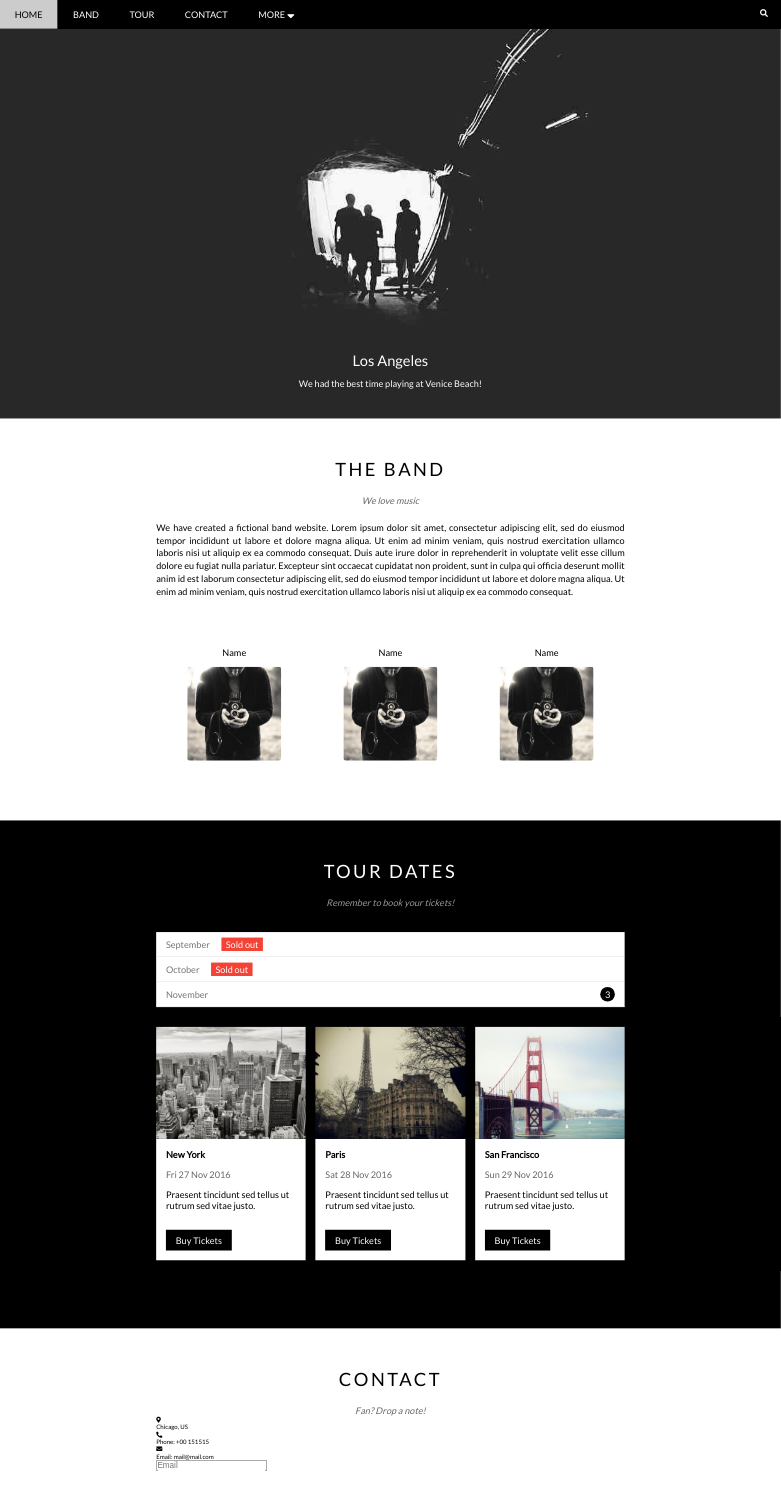
Repository: nguyenthaicong265/w3-band
Page: index.html
The author's editor kept a copy of each file at every save. The page is drawn from the files as they stood at one save, then again after the next save.
The browser window is 1280 px wide. The pictures show the whole page, at 61% of full size.

Above is the page before, as saved 2021-12-30 00:35:01.

### index.html
<!DOCTYPE html>
<html lang="en">
<head>
    <meta charset="UTF-8">
    <meta http-equiv="X-UA-Compatible" content="IE=edge">
    <meta name="viewport" content="width=device-width, initial-scale=1.0">
    <title>Document</title>
    <link rel="stylesheet" href="./assets/css/styles.css">
    <link rel="stylesheet" href="https://fonts.googleapis.com/css?family=Lato">
    <link rel="stylesheet" href="./assets/font/themify-icons-font/themify-icons/themify-icons.css">
    <link rel="stylesheet" href="./assets/font/fontawesome-free-5.15.4-web/css/all.css">
</head>
<body>
    <div id="main">
        <div id="header">
            <ul id="nav">
                <li><a href="">Home</a></li>
                <li><a href="">Band</a></li>
                <li><a href="">Tour</a></li>
                <li><a href="">Contact</a></li>
                <li>
                    <a href="#">
                        More
                        <i class="fas fa-sort-down"></i>
                    </a>
                    <ul class="subnav">
                        <li><a href="#">Merchandise</a></li>
                        <li><a href="#">Extras</a></li>
                        <li><a href="#">Media</a></li>
                    </ul>
                </li>
            </ul>
            <div class="search-button">
                <i class="fas fa-search text-white"></i>
            </div>
        </div>

        <div id="slider">
            <div class="text-content text-white">
                <h2 class="text-head">Los Angeles
                </h2>
                <div class="text-description">We had the best time playing at Venice Beach!
                </div>
            </div>
        </div>

        <div id="content">
            <!-- About-section -->
            <div class="band-section">
                <div class="content-section">
                    <h2 class="section-heading">
                    THE BAND
                    </h2>
                    <p class="section-sub-heading">
                    We love music
                    </p>
                    <p class="about-text">We have created a fictional band website. Lorem ipsum dolor sit amet, consectetur adipiscing elit, sed do eiusmod tempor incididunt ut labore et dolore magna aliqua. Ut enim ad minim veniam, quis nostrud exercitation ullamco laboris nisi ut aliquip ex ea commodo consequat. Duis aute irure dolor in reprehenderit in voluptate velit esse cillum dolore eu fugiat nulla pariatur. Excepteur sint occaecat cupidatat non proident, sunt in culpa qui officia deserunt mollit anim id est laborum consectetur adipiscing elit, sed do eiusmod tempor incididunt ut labore et dolore magna aliqua. Ut enim ad minim veniam, quis nostrud exercitation ullamco laboris nisi ut aliquip ex ea commodo consequat.
                    </p>

                    <!-- Member -->
                    <div class="members-list">
                        <div class="member-item">
                            <p class="member-name">Name</p>
                            <img src="./assets/img/band/member1.jpg" alt="Name" class="member-avatar">
                        </div>

                        <div class="member-item">
                            <p class="member-name">Name</p>
                            <img src="./assets/img/band/member1.jpg" alt="Name" class="member-avatar">
                        </div>

                        <div class="member-item">
                            <p class="member-name">Name</p>
                            <img src="./assets/img/band/member1.jpg" alt="Name" class="member-avatar">
                        </div>
                    </div>
                </div>
            </div>

            <!-- Tour-section -->
            <div class="tour-section">
                <div class="content-section">
                    <h2 class="section-heading text-white">
                    TOUR DATES
                    </h2>
                    <p class="section-sub-heading text-white">
                    Remember to book your tickets!
                    </p>

                    <!-- Tickets  -->
                    <ul class="tickets-list">
                        <li>September <span class="sold-out text-white">Sold out</span></li>
                        <li>October <span class="sold-out text-white">Sold out</span></li>
                        <li>November <span class="quantity text-white">3</span></li>
                    </ul>

                    <!-- Places -->
                    <div class="places-list">
                        <div class="places-item">
                            <img src="./assets/img/places/newyork.jpg" alt="New York" class="place-img">
                            <div class="place-body">
                                <h3 class="place-heading">
                                    New York
                                </h3>
                                <p class="place-time">
                                    Fri 27 Nov 2016
                                </p>
                                <p class="place-dsc">
                                    Praesent tincidunt sed tellus ut rutrum sed vitae justo.
                                </p>
                                <a href="#" class="place-buy-ticket">Buy Tickets</a>
                            </div>
                        </div>

                        <div class="places-item">
                            <img src="./assets/img/places/paris.jpg" alt="Paris" class="place-img">
                            <div class="place-body">
                                <h3 class="place-heading">
                                    Paris
                                </h3>
                                <p class="place-time">
                                    Sat 28 Nov 2016
                                </p>
                                <p class="place-dsc">
                                    Praesent tincidunt sed tellus ut rutrum sed vitae justo.
                                </p>
                                <a href="#" class="place-buy-ticket">Buy Tickets</a>
                            </div>
                        </div>

                        <div class="places-item">
                            <img src="./assets/img/places/sanfran.jpg" alt="San Francisco" class="place-img">
                            <div class="place-body">
                                <h3 class="place-heading">
                                    San Francisco
                                </h3>
                                <p class="place-time">
                                    Sun 29 Nov 2016
                                </p>
                                <p class="place-dsc">
                                    Praesent tincidunt sed tellus ut rutrum sed vitae justo.
                                </p>
                                <a href="#" class="place-buy-ticket">Buy Tickets</a>
                            </div>
                        </div>
                    </div>
                </div>
            </div>

            <!-- Contact-section -->
            <div class="contact-section">
                <div class="content-section">
                    <h2 class="section-heading">
                    CONTACT</h2>
                    <p class="section-sub-heading">
                    Fan? Drop a note!</p>
                    <div class="contact-information">
                        <div class="contact-location">
                            <i class="fas fa-map-marker-alt"></i>
                            <p class="location">Chicago, US</p>
                        </div>
                        <div class="contact-phone">
                            <i class="fas fa-phone-alt"></i>
                            <p class="phone">Phone: +00 151515</p>
                        </div>
                        <div class="contact-email">
                            <i class="fas fa-envelope"></i>
                            <p class="email">Email: mail@mail.com</p>
                        </div>
                    </div>
                    <div class="fill-information">
                        <form action="" class="form-information">
                            <input type="text" class="name-infor" placeholder="Email" required name="Email">
                        </form>
                    </div>
                </div>
            </div>
        </div>

        <div id="footer">

        </div>
    </div>
</body>
</html>

### assets/css/styles.css
/* Reset CSS */
* {
    padding: 0;
    margin: 0;
    box-sizing: border-box;
}

html {
    font-family: "Lato", sans-serif;
    font-size: 62.5%;
}

.text-white {
    color: #ffff !important;
}

#main {

}

#header {
    position: fixed;
    top: 0;
    left: 0;
    right: 0;
    height: 46.5px;
    background-color: #000000;
    z-index: 1;
}

#header .search-button {
    float: right;
    padding: 0 21px;
}

#header .search-button:hover {
    cursor: pointer;
    background-color: #f44336!important;
}

#header .fa-search {
    font-size: 13px;
    line-height: 46px;
}

#nav, .subnav {
    display: inline-block;
    list-style-type: none;
}

#nav > li {
    display: inline-block;
}

#nav li {
    position: relative;
}

#nav > li > a {
    color: #ffffff;
    text-transform: uppercase;
}

#nav li a {
    text-decoration: none;
    line-height: 46.5px;
    padding: 0px 24px;
    font-size: 1.5rem;
    display: block;
}

#nav .fa-sort-down {
    font-size: 20px;
}

#nav li:hover .subnav {
    display: block;

}

#nav > li:hover > a,
#nav .subnav li:hover a {
    color: #000 !important;
    background-color: #ccc !important;
}

#nav .subnav {
    display: none;
    position: absolute;
    min-width: 160px;
    top: 46.5px;
    background-color: #ffffff;
    box-shadow: 0 0 10px rgba(0, 0, 0, 0.3);
}

#nav .subnav a {
    color: #000;
    padding: 0 12px;
    line-height: 38px;
}

#slider {
    position: relative;
    margin-top: 46px;
    padding-top: 50%;
    background: url(/assets/img/slider/slider1.jpg) top center / cover no-repeat;
}

#slider .text-content {
    position: absolute;
    bottom: 48px;
    width: 100%;
    text-align: center;
}

#slider .text-head {
    font-weight: 100;
    font-size: 24px;
    margin-bottom: 10px;
}
#slider .text-description {
    font-size: 15px;
    margin-top: 15px;
}

#content {
}

#content .content-section {
    width: 800px;
    padding: 64px 16px ;
    margin-left: auto;
    margin-right: auto;
}

#content .section-heading {
    font-size: 30px;
    font-weight: 400;
    letter-spacing: 4px;
    text-align: center;
}

#content .section-sub-heading {
    font-size: 15px;
    font-style: italic;
    text-align: center;
    opacity: 0.6;
    margin-top: 25px;
}

#content .about-text {
    text-align: justify;
    font-size: 15px;
    margin-top: 25px;
    line-height: 1.4;
}

#content .members-list {
    margin-top: 48px;
    overflow: hidden;
    padding-top: 32px !important;
    padding-bottom: 32px !important;
}

#content .member-item {
    float: left;
    width: 33.333333%;
    text-align: center;
}

#content .member-name {
    font-size: 15px;


}

#content .member-avatar {
    width: 60%;
    margin-top: 15px;
    border-radius: 4px;
}

.tour-section {
    background-color: #000;
    width: 100%;
}

.tickets-list {
    background-color: #ffffff;
    margin-top: 40px;
    list-style-type: none;
}

.tickets-list li {
    font-size: 15px;
    padding: 11px 16px;
    border-bottom: 1px solid #dddd;
    color: #757575;
}

.tickets-list .sold-out {
    background-color: #f44336!important;
    padding: 2px 7px;
    margin-left: 16px;
}

.tickets-list .quantity {
    float: right;
    width: 24px;
    height: 24px;
    background-color: #000;
    border-radius: 50%;
    line-height: 24px;
    text-align: center;
    margin-top: -3px;
}

.places-list {
    margin: 32px -8px 0px;
    overflow: hidden;
    padding-bottom: 48px;
}

.places-item {
    float: left;
    width: 33.33333%;
    padding: 0 8px;

}

.place-img {
    display: block;
    width: 100%;
}

.place-img:hover {
    opacity: 0.6;
}

.place-body {
    background-color: #ffff;
    padding: 16px;
}

.place-heading {
    font-size: 15px;
    font-weight: bolder;
    margin-bottom: 15px;
}

.place-time {
    font-size: 15px;
    opacity: 0.6;
    margin-bottom: 15px;
}

.place-dsc {
    font-size: 15px;
    margin-bottom: 15px;
}

.place-buy-ticket {
    display: inline-block;
    font-size: 15px;
    color: #ffff;
    background-color: #000;
    text-decoration: none;
    padding: 8px 16px;
    margin-top: 16px;
}

.place-buy-ticket:hover {
    color: #000;
    background-color: #ccc;
}

.contact-section {
    background-color: #fff;
    width: 100%;
}

#footer {

}

Loaded but not shown: assets/font/themify-icons-font/themify-icons/themify-icons.css (common file); assets/font/fontawesome-free-5.15.4-web/css/all.css (library)

After the next save:
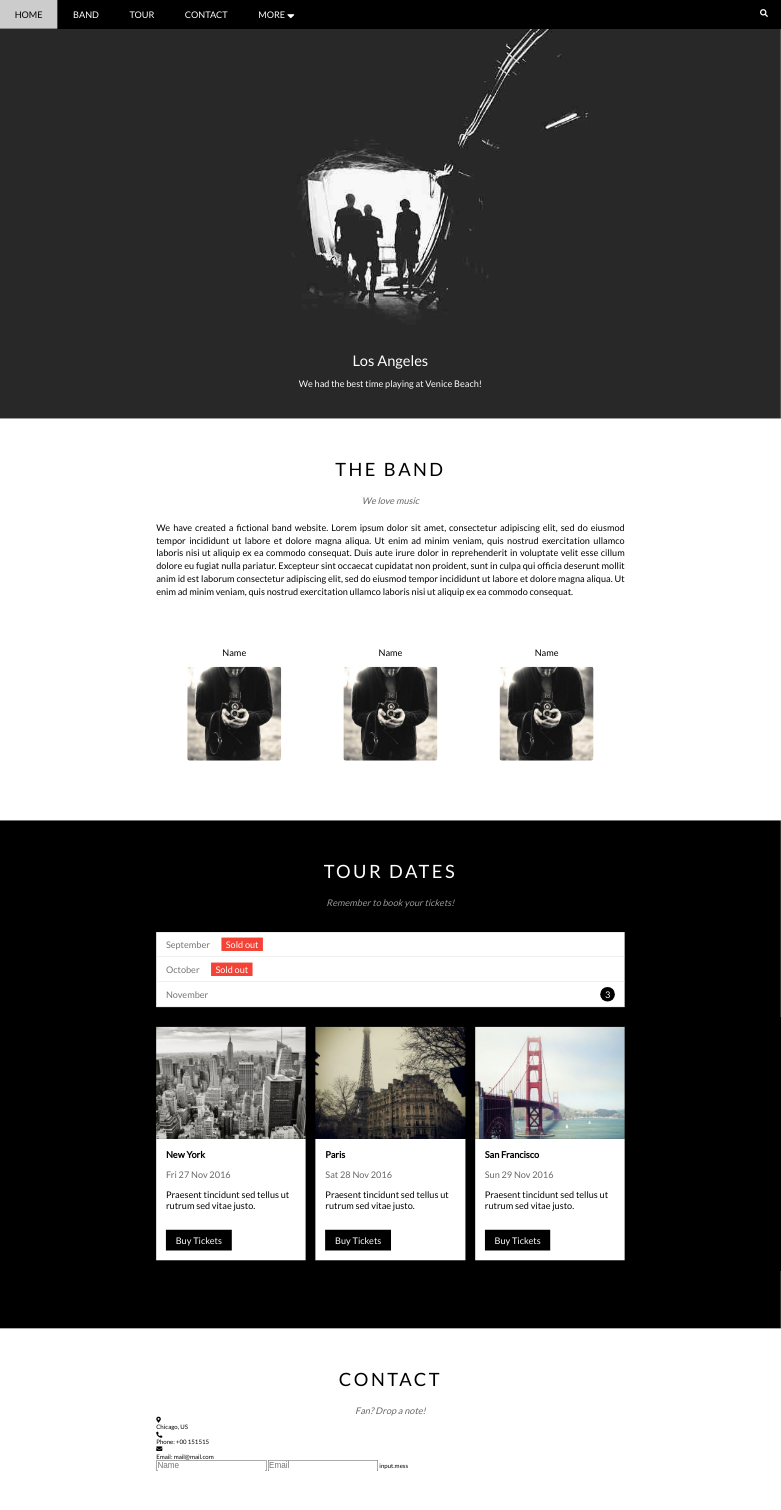
Saved 2 min 15 s later.
--- a/index.html
+++ b/index.html
@@ -170,7 +170,9 @@
                     </div>
                     <div class="fill-information">
                         <form action="" class="form-information">
-                            <input type="text" class="name-infor" placeholder="Email" required name="Email">
+                            <input type="text" class="fill-name" placeholder="Name" required name="Name">
+                            <input type="text" class="fill-email" placeholder="Email" required name="Email">
+                            input.mess
                         </form>
                     </div>
                 </div>
